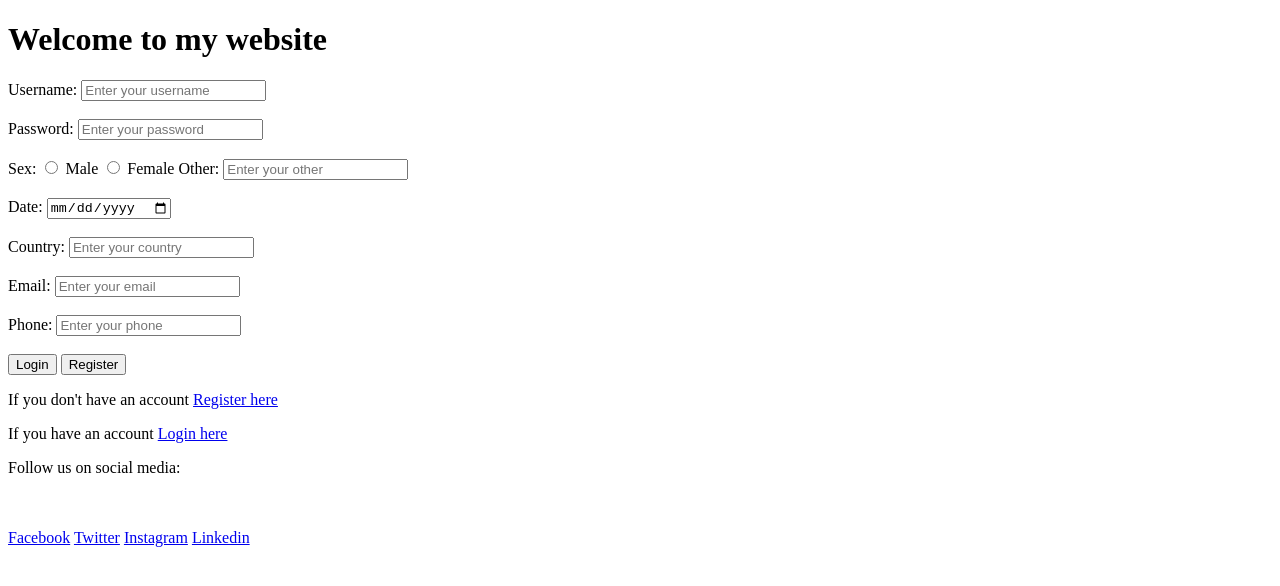
Repository: bao2222/hoc-lam-web
Page: welcome.html
An editor plug-in stored every save of this project. The page is shown before and after the next save, followed by the edit.
The browser window is 1280 px wide. The pictures show the whole page.

Above is the page before, as saved 2024-12-24 19:46:00.

### welcome.html
<!DOCTYPE html>
<html lang="en">

    <head>
        <meta charset="UTF-8">
        <title>Welcome</title>
        <meta content = "this is my website" name = "description">
        <meta author = "me">




    </head>

    <body>
        <h1>Welcome to my website</h1>
        <header>
            <div>
                <div>
                    <form action="#" method="post">
                        <label for="username">Username:</label>
                        <input type="text" id="username" name="username" placeholder="Enter your username" required><br><br>
                        <label for="password">Password:</label>
                        <input type="password" id="password" name="password" placeholder="Enter your password" required><br><br>
                        <label for="sex">Sex:</label>
                        <input type="radio" id="male" name="sex" value="male">
                        <label for="male">Male</label>
                        <input type="radio" id="female" name="sex" value="female">
                        <label for="female">Female</label>
                        <label for="other">Other:</label>
                        <input type="text" id="other" name="other" placeholder="Enter your other"><br><br>
                        <label for="date">Date:</label>
                        <input type="date" id="date" name="date"><br><br>
                        <label for="country">Country:</label>
                        <input type="text" id="country" name="country" placeholder="Enter your country" required><br><br>
                        <label for="email">Email:</label>
                        <input type="email" id="email" name="email" placeholder="Enter your email" required><br><br>
                        <label for="phone">Phone:</label>
                        <input type="tel" id="phone" name="phone" placeholder="Enter your phone" required><br><br>
                        <button type="submit">Login</button>
                        <button type="reset">Register</button>
                    </form>
                </div>

                <div>
                    <p>If you don't have an account <a href="register.html">Register here</a></p>
                </div>

                <div>
                    <p>If you have an account <a href="login.html">Login here</a></p>
                </div>

                <div>
                    <p>Follow us on social media: </p><br><br>
                    <a href="https://www.facebook.com/">Facebook</a>
                    <a href="https://www.twitter.com/">Twitter</a>
                    <a href="https://www.instagram.com/">Instagram</a>
                    <a href="https://www.linkedin.com/">Linkedin</a>
                </div>

                </div>





            </div>
        </header>
        <main></main>
        <footer></footer>




    </body>





</html>

After the next save:
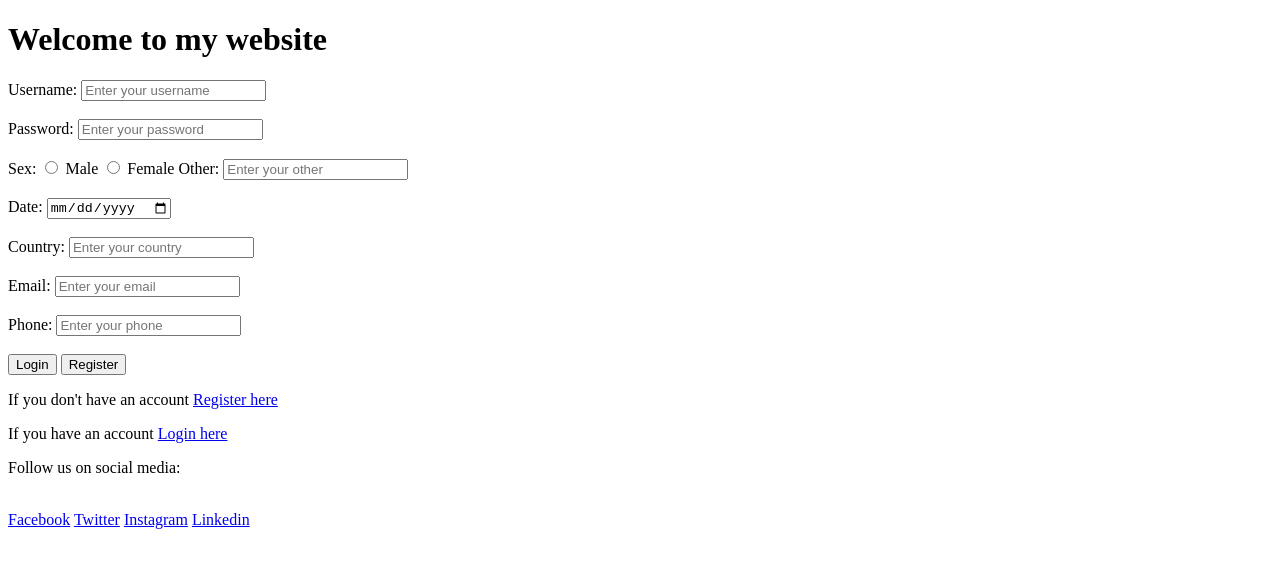
Saved 16 s later.
--- a/welcome.html
+++ b/welcome.html
@@ -51,7 +51,7 @@
                 </div>
 
                 <div>
-                    <p>Follow us on social media: </p><br><br>
+                    <p>Follow us on social media: </p><br>
                     <a href="https://www.facebook.com/">Facebook</a>
                     <a href="https://www.twitter.com/">Twitter</a>
                     <a href="https://www.instagram.com/">Instagram</a>
